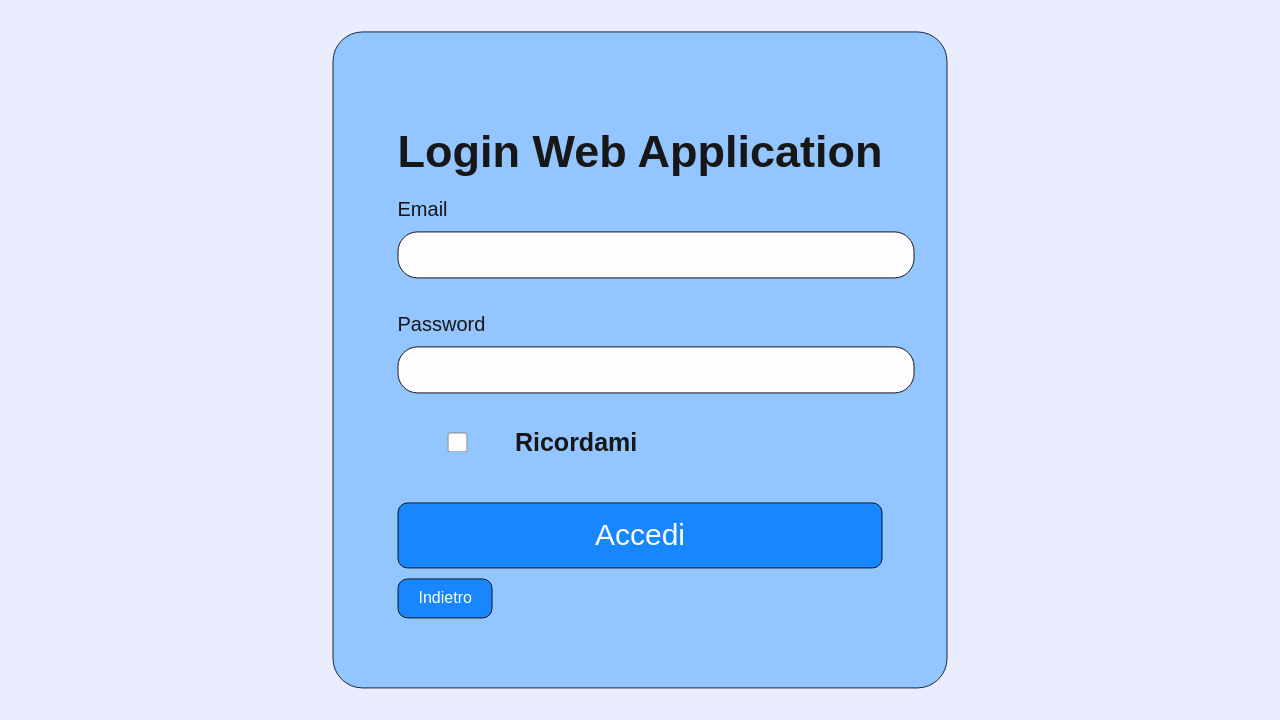
Repository: GabrielCellammare/WebApplication-SA-CyberSecurity
Page: http://localhost/WebProject-CellammareGabriel_ApplicationSecurity_/login.jsp
The author's editor kept a copy of each file at every save. The page is drawn from the files as they stood at one save, then again after the next save.
The browser window is 1280 px wide. The pictures show the whole page.
The page is served by Tomcat 9. Nobody is signed in. The application's start-up code is not run.

Above is the page before, as saved 2024-03-09 07:48:16.

After the next save:
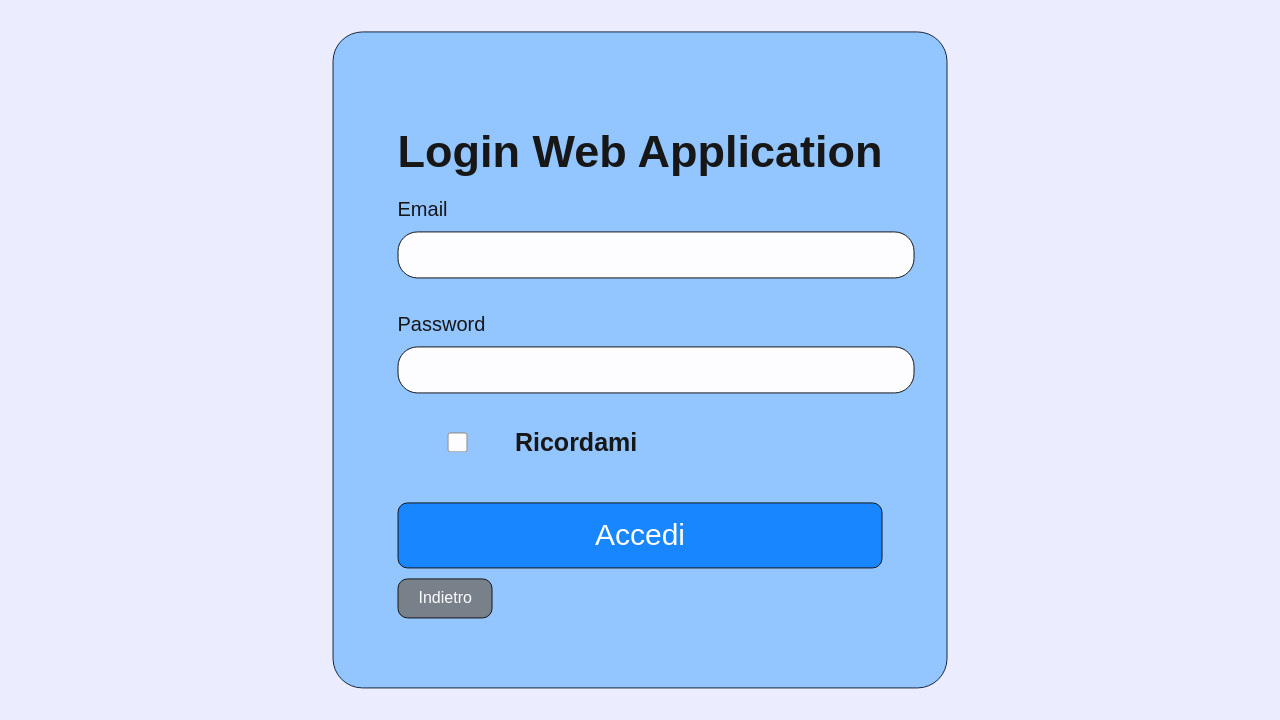
Saved 49 s later.
--- a/WebProject-CellammareGabriel(ApplicationSecurity)/WebContent/WEB-INF/css/styleLogin.css
+++ b/WebProject-CellammareGabriel(ApplicationSecurity)/WebContent/WEB-INF/css/styleLogin.css
@@ -79,7 +79,7 @@ input[type="checkbox"] {
   padding: 10px 20px;
   margin-top: 10px;
   margin-bottom: 5px;
-  background-color: #007bff;
+  background-color: #6c757d;
   color: #fff;
   border: 1px solid black;
   border-radius: 10px;
